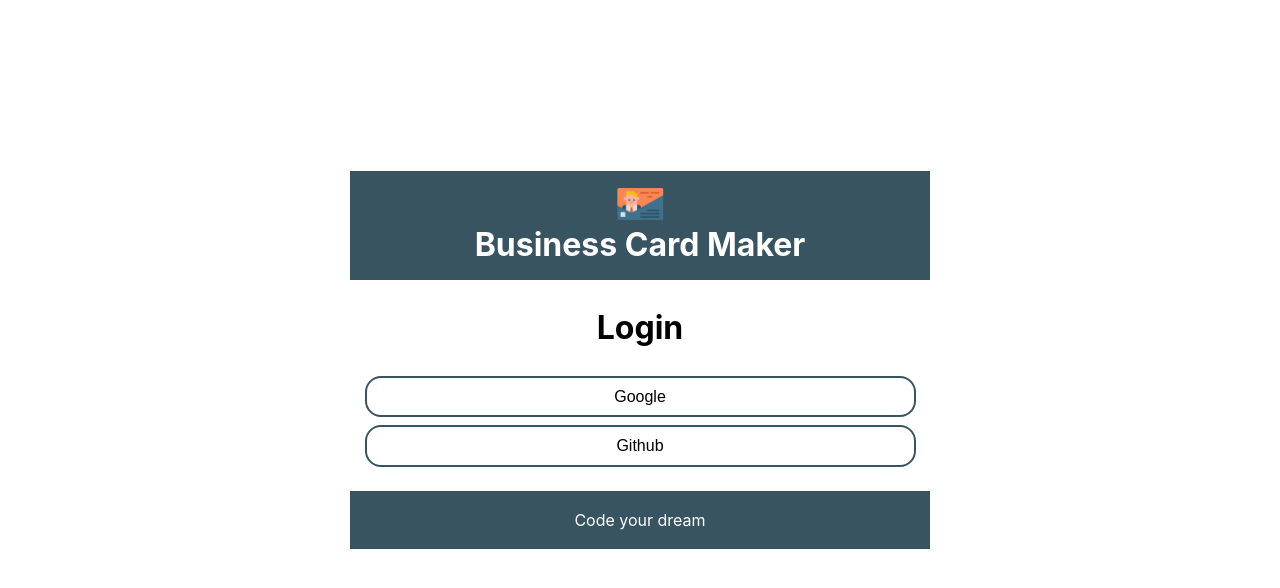
Repository: keehoonjung/Card_Maker
Page: /
The author's editor kept a copy of each file at every save. The page is drawn from the files as they stood at one save, then again after the next save.
The browser window is 1280 px wide. The pictures show the whole page.
The page's requests for data from a server got no answer. The project was rebuilt for these pictures with package versions that can differ from the ones it lists, and the page was loaded fresh each time. No one was signed in, and anything a server would have sent is missing.

Above is the page before, as saved 2021-09-08 14:26:33.

After the next save:
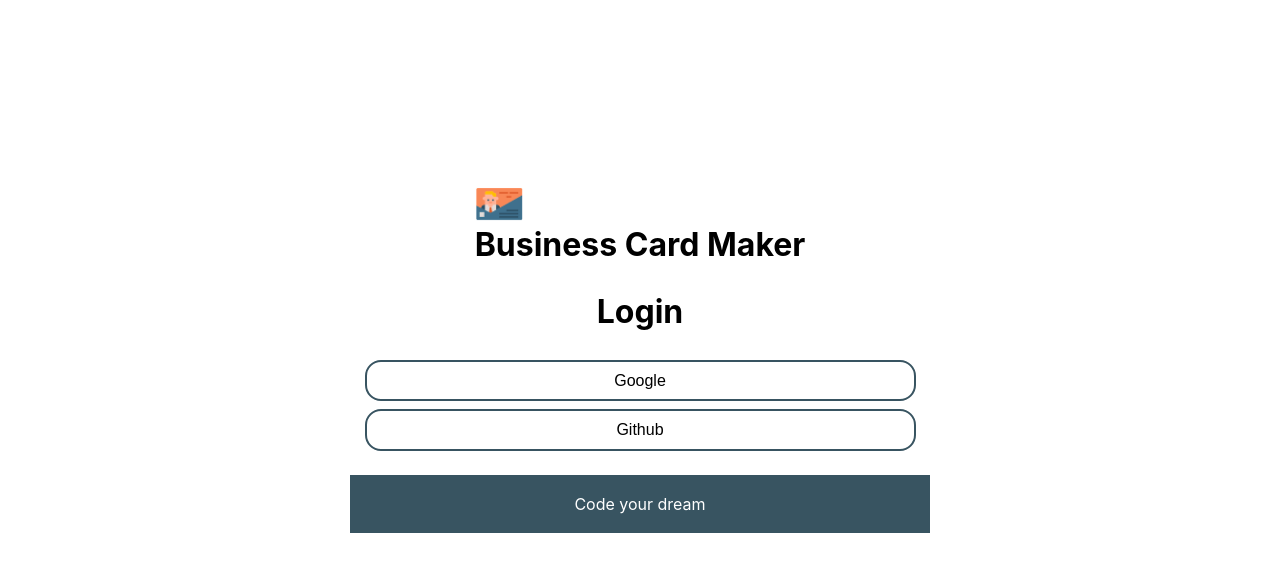
Saved 12 min 47 s later.
--- a/src/components/header/header.module.css
+++ b/src/components/header/header.module.css
@@ -1,3 +1,5 @@
+@value makerGreen from "/src/common/color.css"
+
 .head {
   width: 100%;
   text-align: center;
